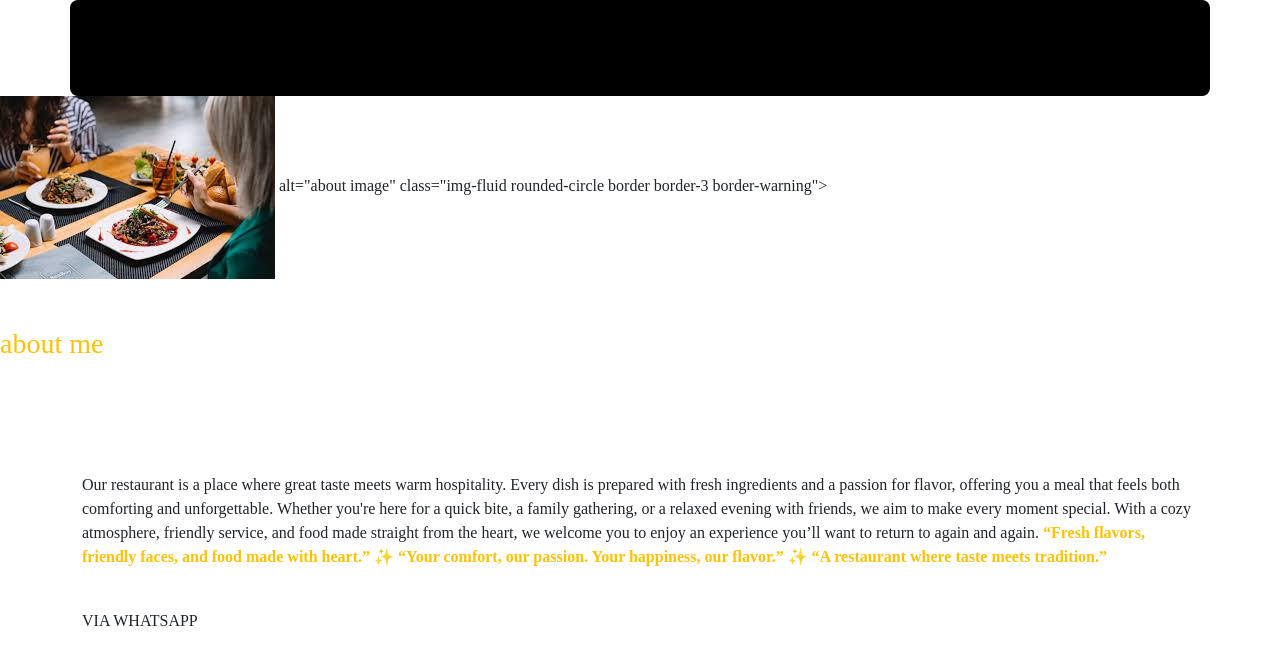
Repository: abeera518/part-2
Page: socialmedia.html
The author's editor kept a copy of each file at every save. The page is drawn from the files as they stood at one save, then again after the next save.
The browser window is 1280 px wide. The pictures show the whole page.

Above is the page before, as saved 2025-11-20 23:38:44.

### socialmedia.html
<html lang="en">

<head>
    <meta charset="UTF-8">
    <meta name="viewport" content="width=device-width, initial-scale=1.0">
    <link href="https://cdn.jsdelivr.net/npm/bootstrap@5.0.2/dist/css/bootstrap.min.css" rel="stylesheet"
        integrity="sha384-EVSTQN3/azprG1Anm3QDgpJLIm9Nao0Yz1ztcQTwFspd3yD65VohhpuuCOmLASjC" crossorigin="anonymous">
    <link rel="stylesheet" href="style.css">
    <title>Document</title>
</head>

<body>
    <div id="about" class="container about p-5"></div>
    <div class="row"></div>
    <div class="col-6"></div>
    <img src=download.jpg> alt="about image" class="img-fluid rounded-circle border border-3 border-warning">
    <div class="col-6 pt-5 pl-5 pb-5 text-white">
        <h3 class="text-warning">about me</h3>
        <h1 class="m-heading">a little bit about me</h1>
    </div>
    <div id="container" class="container">
        <p>
            <b class="text-warning"> </b>Our restaurant is a place where great taste meets warm hospitality. Every dish is prepared with fresh ingredients and a
            passion for flavor, offering you a meal that feels both comforting and unforgettable. Whether you're here for a quick
            bite, a family gathering, or a relaxed evening with friends, we aim to make every moment special. With a cozy
            atmosphere, friendly service, and food made straight from the heart, we welcome you to enjoy an experience you’ll want
            to return to again and again. <b class="text-warning">
                “Fresh flavors, friendly faces, and food made with heart.”

                ✨ “Your comfort, our passion. Your happiness, our flavor.”

                ✨ “A restaurant where taste meets tradition.”
            </b>
        </p>
        <br />

           <div class="contact">VIA WHATSAPP</div>

### style.css
html {
    scroll-behavior: smooth;
}

body {
    background-color: black(9, 83, 148);
    font-family: "Baloo Tamma 2", cursive;
}

.m-heading {
    font-family: "Roboto slab", serif;
}

.text-white {
    color: rgb(218, 23, 23);
}

.main-container {
    height: 100vh;
    display: flex;
    justify-content: center;
    align-items: center;
    flex-direction: column;
    background-image: url(download.jpg);
    background-repeat: no-repeat;
    background-size: cover;
    background-attachment: fixed;
}

.main row {
    display: flex;
    justify-content:
        center;
    align-items: center;
}

.main row h1 {
    font-size: 5rem
}

.main_row img {
    width: auto;
    height: 100vh;
}

.about {
    background: black;
    border-radius: 0.5rem;
}

.card {
    border-bottom: 8px solid
}

After the next save:
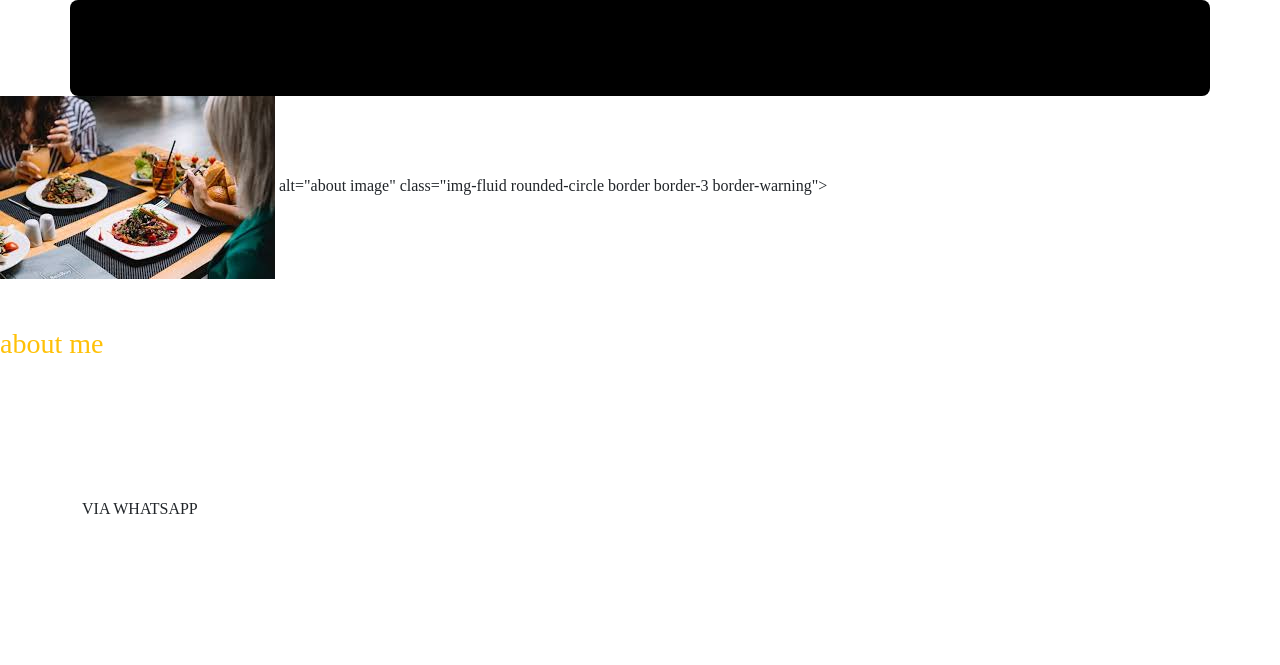
Saved 11 s later.
--- a/socialmedia.html
+++ b/socialmedia.html
@@ -19,19 +19,7 @@
         <h1 class="m-heading">a little bit about me</h1>
     </div>
     <div id="container" class="container">
-        <p>
-            <b class="text-warning"> </b>Our restaurant is a place where great taste meets warm hospitality. Every dish is prepared with fresh ingredients and a
-            passion for flavor, offering you a meal that feels both comforting and unforgettable. Whether you're here for a quick
-            bite, a family gathering, or a relaxed evening with friends, we aim to make every moment special. With a cozy
-            atmosphere, friendly service, and food made straight from the heart, we welcome you to enjoy an experience you’ll want
-            to return to again and again. <b class="text-warning">
-                “Fresh flavors, friendly faces, and food made with heart.”
 
-                ✨ “Your comfort, our passion. Your happiness, our flavor.”
-
-                ✨ “A restaurant where taste meets tradition.”
-            </b>
-        </p>
         <br />
 
            <div class="contact">VIA WHATSAPP</div>
